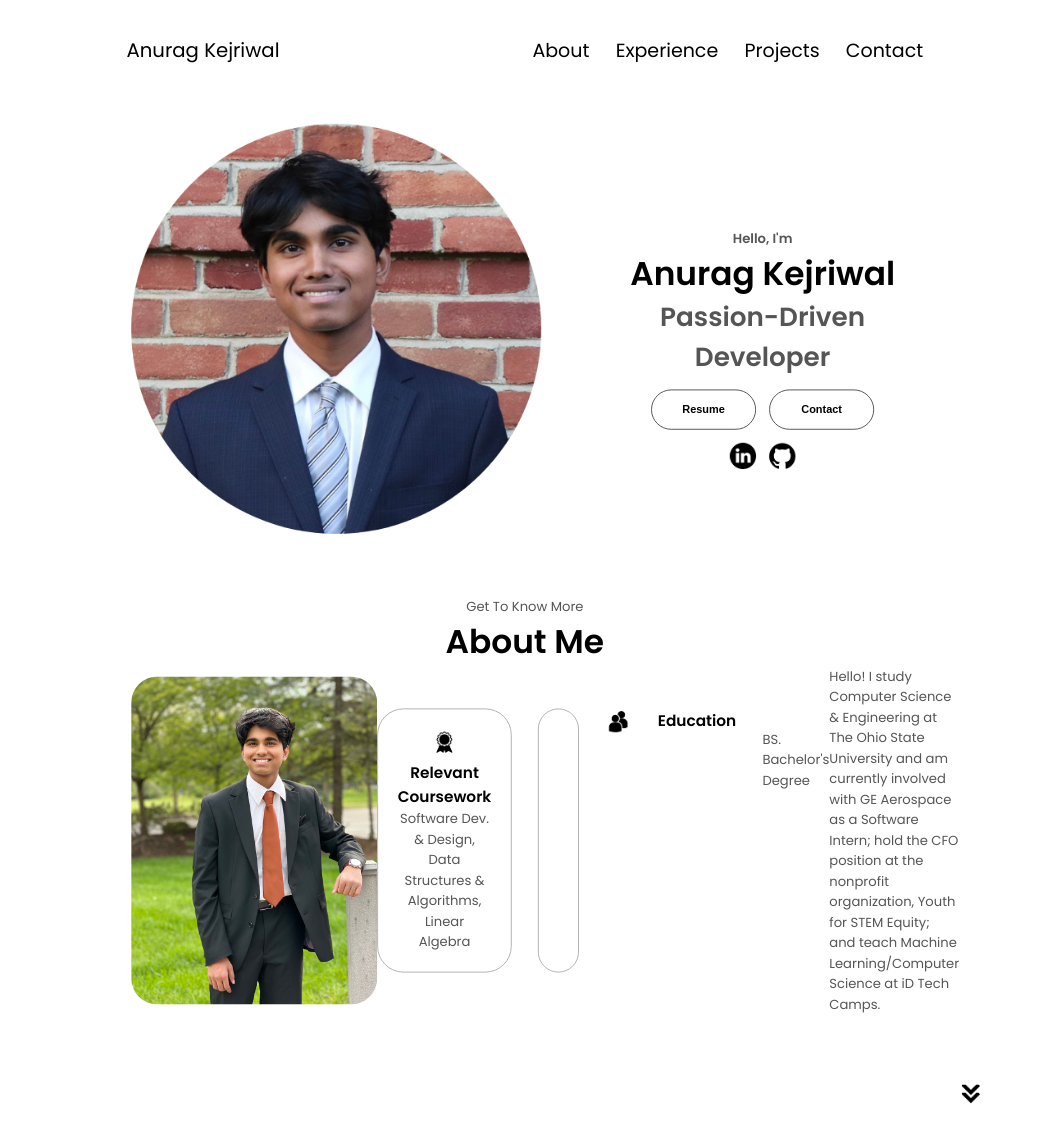
Repository: anuragkej/OldPortfolio
Page: index.html
These files come from the project's save history. The page is drawn as it stood at one moment and after the next save; the edit follows.
The browser window is 1280 px wide. The pictures show the whole page, at 82% of full size.

Above is the page before, as saved 2024-05-26 05:00:01.

### index.html
<!DOCTYPE html>
<html lang="en">
<head>
    <meta charset="UTF-8">
    <meta name="viewport" content="width=device-width, initial-scale=1.0">
    <title>Personal Portfolio</title>
    <link rel="stylesheet" href="style.css">
    <link rel="stylesheet" href="mediaqueries.css">
</head>
<body>
    <nav id="desktop-nav">
        <div class="logo">Anurag Kejriwal</div>
        <div>
            <ul class="nav-links">
                <li><a href="#about">About</a></li>
                <li><a href="#experience">Experience</a></li>
                <li><a href="#projects">Projects</a></li>
                <li><a href="#contact">Contact</a></li>
            </ul>
        </div>
    </nav>
    <nav id="hamburger-nav">
        <div class="logo">Anurag Kejriwal</div>
        <div class="hamburger-menu">
            <div class="hamburger-icon" onclick="toggleMenu()">
                <span></span>
                <span></span>
                <span></span>
            </div>
            <div class="menu-links">
                <li><a href="#about" onclick="toggleMenu()" >About</a></li>
                <li><a href="#experience" onclick="toggleMenu()">Experience</a></li>
                <li><a href="#projects" onclick="toggleMenu()">Projects</a></li>
                <li><a href="#contact" onclick="toggleMenu()">Contact</a></li>
            </div>
        </div>
    </nav>
    <section id="profile">
        <div class="section_pic-container">
            <img src="./assets/anuragprofpic.png" alt="Anurag Kejriwal profile picture">
        </div>
        <div class="section__text">
            <p class="section__text__p1">Hello, I'm</p>
            <h1 class="title">Anurag Kejriwal</h1>
            <p class="section__text__p2">Passion-Driven Developer</p>
            <div class="btn-container">
                <button class="btn btn-color-2"
                onclick="window.open('./assets/AnuragKejriwalResume_2026.pdf')">Resume</button>
                <button class="btn btn-color-1"
                onclick="location.href='./#contact'">Contact</button>
            </div>
            <div id="socials-container">
                <img src="./assets/linkedin.png" alt="My LinkedIn Profile"
                class ="icon" onclick="location.href='https://linkedin.com/in/anuragkejriwal1/'">
                <img src="./assets/github.png" alt="My Github Profile"
                class ="icon" onclick="location.href='https://github.com/anuragkej'">
            </div>
        </div>
    </section>
    <section id="about">
        <p class="section__text__p1">Get To Know More</p>
        <h1 class="title">About Me</h1>
        <div class="section-container">
        <div class="section__pic-container">
            <img src="./assets/E4CC9343-5963-4651-9569-35505B2238C1_1_105_c.jpeg" alt="Profile Picture" class="about-pic"/>
        </div>
        <div class="about-details-container">
            <div class="about-containers">
                <div class="details-container">
                    <img src="./assets/experience.png" alt="Experience icon" class="icon"/>
                    <h3>Relevant Coursework</h3>
                    <p>Software Dev. & Design, Data Structures & Algorithms, Linear Algebra</p>
                </div>
                <div class="details-container"></div>
                <img src="./assets/education.png" alt="Education icon" class="icon"/>
                    <h3>Education</h3>
                    <p><br>BS. Bachelor's Degree</p>
            </div>
        </div>
        <div class="text-container">
            <p>Hello! I study Computer Science & Engineering at The Ohio State University and am currently involved with GE Aerospace as a Software Intern; hold the CFO position at the nonprofit organization, Youth for STEM Equity; and teach Machine Learning/Computer Science at iD Tech Camps.</p>
        </div>
        </div>
        <img src="./assets/arrow.png"
        alt="Arrow Image"
        class="icon arrow"
        onclick = "location.href='./#experience'"
        >
    </section>
    <script src="script.js"></script>

</body>
</html>

### style.css
/* General */

@import url('https://fonts.googleapis.com/css2?family=Poppins:wght@300;400;500;600&display=swap');
*{
    margin: 0;
    padding: 0;
}

body{
    font-family: "Poppins", sans-serif;
}

html{
    scroll-behavior: smooth;
}

p{
    color: rgb(85, 85, 85);
}

/* Transition */
/* all the links, with button*/

a,
.btn{
    transition: all 300ms ease;
}

/*Desktop navigation */

nav, .nav-links {
    display: flex;
}

nav{
    justify-content: space-around;
    align-items: center;
    height: 17vh;
}

.nav-links{
    gap: 2rem;
    list-style: none;
    font-size: 1.45rem;
}

a{
    color: black;
    text-decoration: none;
    text-decoration-color: white;

}

a:hover{
    color: grey;
    text-decoration: underline;
    text-underline-offset: 0.7rem;
    text-decoration-color: rgb(181, 181, 181);
}

.logo{
    font-size: 1.5rem
}

.logo:hover{
    cursor:default;
}

/*Hamburger menu */

#hamburger-nav{
    display: none;
}

.hamburger-menu{
    position: relative;
    display: inline-block;
}

.hamburger-icon{
    display: flex;
    flex-direction: column;
    justify-content: space-between;
    height: 24px;
    width: 30px;
    cursor: pointer;
}

.hamburger-icon span{
    width: 100%;
    height: 2px;
    background-color: black;
    transition: all 0.3 ease-in-out;
}

.menu-links{
    position: absolute;
    top: 100%;
    right: 0%;
    background-color: white;
    width: fit-content;
    max-height: 0;
    overflow: hidden;
    transition: all 0.3 ease-in-out;
}

.menu-links a{
    display: block;
    padding: 10px;
    text-align: center;
    font-size: 1.5rem;
    color:black;
    text-decoration: none;
    transition: all 0.3 ease-in-out;

}

.menu-links li{
    list-style: none;
}

.menu-links.open{
    max-height: 300px;
}

.hamburger-icon.open span:first-child{
    transform: rotate(45deg) translate(10px, 5px);
}
.hamburger-icon.open span:nth-child(2){
    opacity: 0;
}
.hamburger-icon.open span:last-child{
    transform: rotate(-45deg) translate(10px, -5px);
}

.hamburger-icon span:first-child{
    transform: none;
}
.hamburger-icon span:first-child{
    opacity: 1;
}
.hamburger-icon span:first-child{
    transform: none;
}

/*Sections*/

section{
    padding-top: 4vh;
    height: 96vh;
    margin: 0 10rem;
    box-sizing: border-box;
    min-height: fit-content;
}

.section-container{
    display: flex;
}

/*Profile Section*/

#profile {
    display: flex;
    justify-content: center;
    gap: 5rem;
    height: 80vh;
}

.section__pic-container{
    display: flex;
    height: 400px;
    width: 400px;
    margin: auto 0;
}

.section__text{
    align-self: center;
    text-align: center;

}

.section__text p{
    font-weight: 600;
}

.section__text__p1{
    text-align: center;
}
.section__text__p2{
    font-size: 2rem;
    margin-bottom: 1rem;
}

.title{
    font-size: 2.5rem;
    text-align: center;
}

#socials-container{
    display: flex;
    justify-content: center;
    margin-top: 1rem;
    gap: 1rem;
}

/*Icon*/

.icon{
    cursor: pointer;
    height: 2rem;
}

/*Buttons*/

.btn-container{
    display: flex;
    justify-content: center;
    gap: 1rem;

}

.btn{
    font-weight: 600;
    transition: all 300ms ease;
    padding: 1rem;
    width: 8rem;
    border-radius: 2rem;
}

.btn-color-1, .btn-color-2{
    border: rgb(53,53,53) 0.1rem solid;
}

.btn-color-1:hover, .btn-color-2:hover{
    cursor: pointer;
}


.btn-color-1:hover, .btn-color-2:hover{
    background: rgb(42, 42, 42);
    color: white;
}

.btn-color-2, .btn-color-1 {
    background: none;
}

.btn-color-2:hover{
    border: rgb(255,255,255) 0.3rem solid;
}


.btn-color-1:hover{
    border: rgb(255,255,255) 0.3rem solid;
}

.btn-container {
    gap: 1rem;
}

/*About section*/

#about{
    position: relative;
}

.about-containers{
    gap:2rem;
    margin-bottom: 2rem;
    margin-top: 2rem;
}

.about-details-container{
    justify-content: center;
    flex-direction: column;

}

.about-containers, .about-details-container{
    display: flex;
}

.about-pic{
    border-radius: 2rem;
}

.arrow{
    position: absolute;
    right: -5rem;
    bottom: 2.5rem;
}

.details-container{
    padding: 1.5rem;
    flex: 1;
    background: white;
    border-radius: 2rem;
    border: rgb(53, 53, 53) 0.1rem solid;
    border-color: rgb(163, 163, 163);
    text-align: center;
}
/* General */

@import url('https://fonts.googleapis.com/css2?family=Poppins:wght@300;400;500;600&display=swap');
*{
    margin: 0;
    padding: 0;
}

body{
    font-family: "Poppins", sans-serif;
}

html{
    scroll-behavior: smooth;
}

p{
    color: rgb(85, 85, 85);
}

/* Transition */
/* all the links, with button*/

a,
.btn{
    transition: all 300ms ease;
}

/*Desktop navigation */

nav, .nav-links {
    display: flex;
}

nav{
    justify-content: space-around;
    align-items: center;
    height: 17vh;
}

.nav-links{
    gap: 2rem;
    list-style: none;
    font-size: 1.45rem;
}

a{
    color: black;
    text-decoration: none;
    text-decoration-color: white;

}

a:hover{
    color: grey;
    text-decoration: underline;
    text-underline-offset: 0.7rem;
    text-decoration-color: rgb(181, 181, 181);
}

.logo{
    font-size: 1.5rem
}

.logo:hover{
    cursor:default;
}

/*Hamburger menu */

#hamburger-nav{
    display: none;
}

.hamburger-menu{
    position: relative;
    display: inline-block;
}

.hamburger-icon{
    display: flex;
    flex-direction: column;
    justify-content: space-between;
    height: 24px;
    width: 30px;
    cursor: pointer;
}

.hamburger-icon span{
    width: 100%;
    height: 2px;
    background-color: black;
    transition: all 0.3 ease-in-out;
}

.menu-links{
    position: absolute;
    top: 100%;
    right: 0%;
    background-color: white;
    width: fit-content;
    max-height: 0;
    overflow: hidden;
    transition: all 0.3 ease-in-out;
}

.menu-links a{
    display: block;
    padding: 10px;
    text-align: center;
    font-size: 1.5rem;
    color:black;
    text-decoration: none;
    transition: all 0.3 ease-in-out;

}

.menu-links li{
    list-style: none;
}

.menu-links.open{
    max-height: 300px;
}

.hamburger-icon.open span:first-child{
    transform: rotate(45deg) translate(10px, 5px);
}
.hamburger-icon.open span:nth-child(2){
    opacity: 0;
}
.hamburger-icon.open span:last-child{
    transform: rotate(-45deg) translate(10px, -5px);
}

.hamburger-icon span:first-child{
    transform: none;
}
.hamburger-icon span:first-child{
    opacity: 1;
}
.hamburger-icon span:first-child{
    transform: none;
}

/*Sections*/

section{
    padding-top: 4vh;
    height: 96vh;
    margin: 0 10rem;
    box-sizing: border-box;
    min-height: fit-content;
}

.section-container{
    display: flex;
}

/*Profile Section*/

#profile {
    display: flex;
    justify-content: center;
    gap: 5rem;
    height: 80vh;
}

.section__pic-container{
    display: flex;
    height: 400px;
    width: 400px;
    margin: auto 0;
}

.section__text{
    align-self: center;
    text-align: center;

}

.section__text p{
    font-weight: 600;
}

.section__text__p1{
    text-align: center;
}
.section__text__p2{
    font-size: 2rem;
    margin-bottom: 1rem;
}

.title{
    font-size: 2.5rem;
    text-align: center;
}

#socials-container{
    display: flex;
    justify-content: center;
    margin-top: 1rem;
    gap: 1rem;
}

/*Icon*/

.icon{
    cursor: pointer;
    height: 2rem;
}

/*Buttons*/

.btn-container{
    display: flex;
    justify-content: center;
    gap: 1rem;

}

.btn{
    font-weight: 600;
    transition: all 300ms ease;
    padding: 1rem;
    width: 8rem;
    border-radius: 2rem;
}

.btn-color-1, .btn-color-2{
    border: rgb(53,53,53) 0.1rem solid;
}

.btn-color-1:hover, .btn-color-2:hover{
    cursor: pointer;
}


.btn-color-1:hover, .btn-color-2:hover{
    background: rgb(42, 42, 42);
    color: white;
}

.btn-color-2, .btn-color-1 {
    background: none;
}

.btn-color-2:hover{
    border: rgb(255,255,255) 0.3rem solid;
}


.btn-color-1:hover{
    border: rgb(255,255,255) 0.3rem solid;
}

.btn-container {
    gap: 1rem;
}

/*About section*/

#about{
    position: relative;
}

.about-containers{
    gap:2rem;
    margin-bottom: 2rem;
    margin-top: 2rem;
}

.about-details-container{
    justify-content: center;
    flex-direction: column;

}

.about-containers, .about-details-container{
    display: flex;
}

.about-pic{
    border-radius: 2rem;
}

.arrow{
    position: absolute;
    right: -5rem;
    bottom: 2.5rem;
}
/* General */

@import url('https://fonts.googleapis.com/css2?family=Poppins:wght@300;400;500;600&display=swap');
*{
    margin: 0;
    padding: 0;
}

body{
    font-family: "Poppins", sans-serif;
}

html{
    scroll-behavior: smooth;
}

p{
    color: rgb(85, 85, 85);
}

/* Transition */
/* all the links, with button*/

a,
.btn{
    transition: all 300ms ease;
}

/*Desktop navigation */

nav, .nav-links {
    display: flex;
}

nav{
    justify-content: space-around;
    align-items: center;
    height: 17vh;
}

.nav-links{
    gap: 2rem;
    list-style: none;
    font-size: 1.45rem;
}

a{
    color: black;
    text-decoration: none;
    text-decoration-color: white;

}

a:hover{
    color: grey;
    text-decoration: underline;
    text-underline-offset: 0.7rem;
    text-decoration-color: rgb(181, 181, 181);
}

.logo{
    font-size: 1.5rem
}

.logo:hover{
    cursor:default;
}

/*Hamburger menu */

#hamburger-nav{
    display: none;
}

.hamburger-menu{
    position: relative;
    display: inline-block;
}

.hamburger-icon{
    display: flex;
    flex-direction: column;
    justify-content: space-between;
    height: 24px;
    width: 30px;
    cursor: pointer;
}

.hamburger-icon span{
    width: 100%;
    height: 2px;
    background-color: black;
    transition: all 0.3 ease-in-out;
}

.menu-links{
    position: absolute;
    top: 100%;
    right: 0%;
    background-color: white;
    width: fit-content;
    max-height: 0;
    overflow: hidden;
    transition: all 0.3 ease-in-out;
}

.menu-links a{
    display: block;
    padding: 10px;
    text-align: center;
    font-size: 1.5rem;
    color:black;
    text-decoration: none;
    transition: all 0.3 ease-in-out;

}

.menu-links li{
    list-style: none;
}

.menu-links.open{
    max-height: 300px;
}

.hamburger-icon.open span:first-child{
    transform: rotate(45deg) translate(10px, 5px);
}
.hamburger-icon.open span:nth-child(2){
    opacity: 0;
}
.hamburger-icon.open span:last-child{
    transform: rotate(-45deg) translate(10px, -5px);
}

.hamburger-icon span:first-child{
    transform: none;
}
.hamburger-icon span:first-child{
    opacity: 1;
}
.hamburger-icon span:first-child{
    transform: none;
}

/*Sections*/

section{
    padding-top: 4vh;
    height: 96vh;
    margin: 0 10rem;
    box-sizing: border-box;
    min-height: fit-content;
}

.section-container{
    display: flex;
}

/*Profile Section*/

#profile {
    display: flex;
    justify-content: center;
    gap: 5rem;
    height: 80vh;
}

.section__pic-container{
    display: flex;
    height: 400px;
    width: 400px;
    margin: auto 0;
}

.section__text{
    align-self: center;
    text-align: center;

}

.section__text p{
    font-weight: 600;
}

.section__text__p1{
    text-align: center;
}
.section__text__p2{
    font-size: 2rem;
    margin-bottom: 1rem;
}

.title{
    font-size: 2.5rem;
    text-align: center;
}

#socials-container{
    display: flex;
    justify-content: center;
    margin-top: 1rem;
    gap: 1rem;
}

/*Icon*/

.icon{
    cursor: pointer;
    height: 2rem;
}

/*Buttons*/

.btn-container{
    display: flex;
    justify-content: center;
    gap: 1rem;

}

.btn{
    font-weight: 600;
    transition: all 300ms ease;
    padding: 1rem;
    width: 8rem;
    border-radius: 2rem;
}

.btn-color-1, .btn-color-2{
    border: rgb(53,53,53) 0.1rem solid;
}

.btn-color-1:hover, .btn-color-2:hover{
    cursor: pointer;
}


.btn-color-1:hover, .btn-color-2:hover{
    background: rgb(42, 42, 42);
    color: white;
}

.btn-color-2, .btn-color-1 {
    background: none;
}

.btn-color-2:hover{
    border: rgb(255,255,255) 0.3rem solid;
}


.btn-color-1:hover{
    border: rgb(255,255,255) 0.3rem solid;
}

.btn-container {
    gap: 1rem;
}

/*About section*/

#about{
    position: relative;
}

.about-containers{
    gap:2rem;
}

.about-details-container{
    justify-content: center;
    flex-direction: column;

}

.about-containers, .about-details-container{
    display: flex;
}

.about-pic{
    border-radius: 2rem;
}

.arrow{
    position: absolute;
    right: -5rem;
    bottom: 2.5rem;
}

### mediaqueries.css
@media screen and (max-width: 1200px) {
    #desktop-nav {
        display: none;
    }
    #hamburger-nav{
        display: flex;
    }
}

### script.js
function toggleMenu(){
    const menu = document.querySelector(".menu-links");
    const icon = document.querySelector(".hamburger-icon");
    menu.classList.toggle("open");
    icon.classList.toggle("open");
}
function toggleMenu(){
    const menu = document.querySelector(".menu-links");
    const icon = document.querySelector(".hamburger-icon");
    menu.classList.toggle("open");
    icon.classList.toggle("open");
}

After the next save:
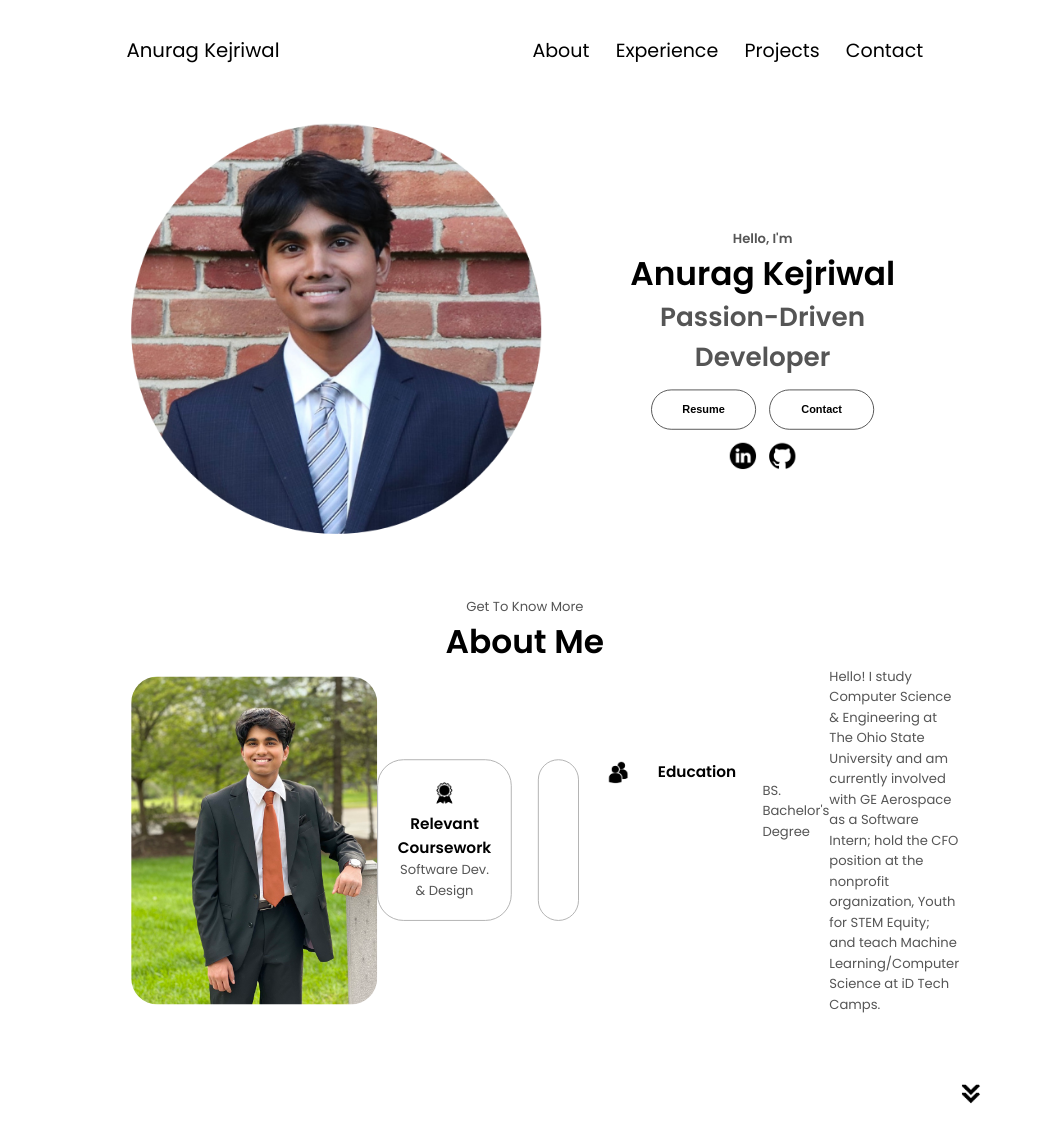
Saved 38 s later.
--- a/index.html
+++ b/index.html
@@ -69,7 +69,7 @@
                 <div class="details-container">
                     <img src="./assets/experience.png" alt="Experience icon" class="icon"/>
                     <h3>Relevant Coursework</h3>
-                    <p>Software Dev. & Design, Data Structures & Algorithms, Linear Algebra</p>
+                    <p>Software Dev. & Design</p>
                 </div>
                 <div class="details-container"></div>
                 <img src="./assets/education.png" alt="Education icon" class="icon"/>
